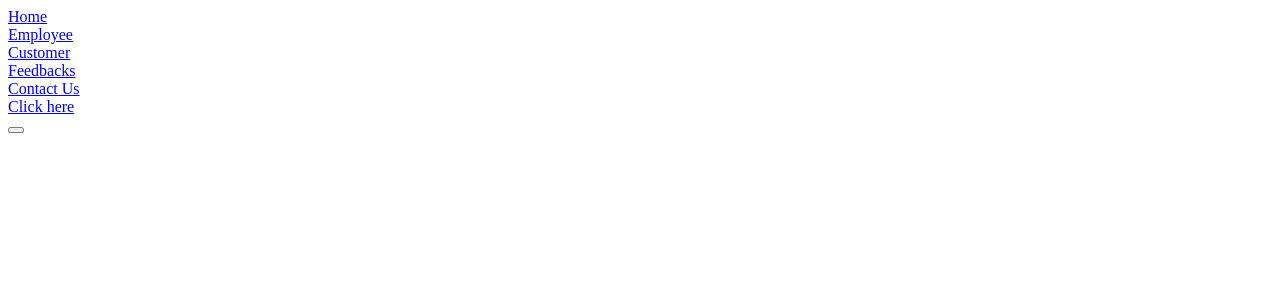
Repository: yiyongc/learning-2017
Page: SpringTraining/Day12-JavaScriptES6/WebContent/index2.html
An editor plug-in stored every save of this project. The page is shown before and after the next save, followed by the edit.
The browser window is 1280 px wide. The pictures show the whole page.

Above is the page before, as saved 2017-09-13 05:15:43.

After the next save:
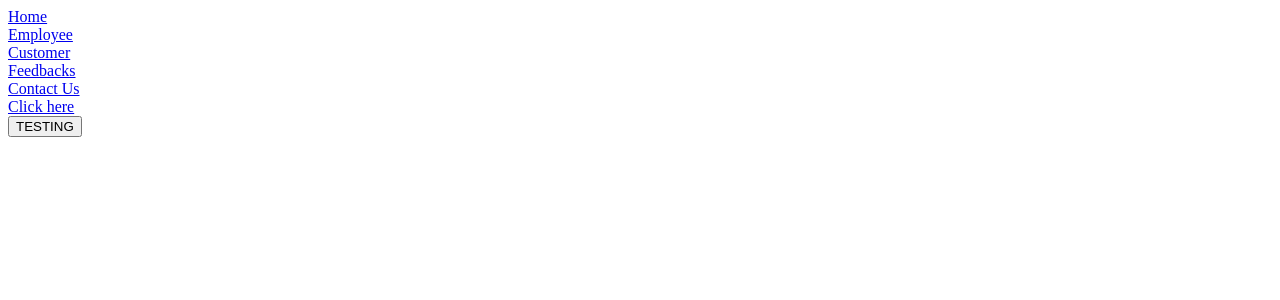
Saved 4 s later.
--- a/SpringTraining/Day12-JavaScriptES6/WebContent/index2.html
+++ b/SpringTraining/Day12-JavaScriptES6/WebContent/index2.html
@@ -14,7 +14,7 @@
 <a href="#" onclick="letExample()">Contact Us</a><br>
 <a href="#" onclick="letExample()">Click here</a><br>
 
-<button onclick="test()"></button>
+<button onclick="test()">TESTING</button>
 
 </body>
 </html>
